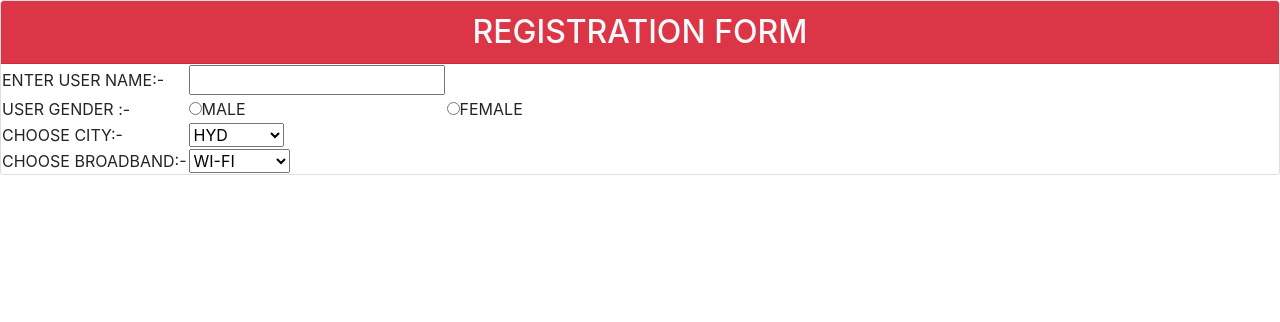
Repository: REDDI-BHARGAV/project
Page: PROJECT/src/main/webapp/src/main/webapp/WEB-INF/form.html
These files come from the project's save history. The page is drawn as it stood at one moment and after the next save; the edit follows.
The browser window is 1280 px wide. The pictures show the whole page.

Above is the page before, as saved 2022-07-26 07:08:40.

After the next save:
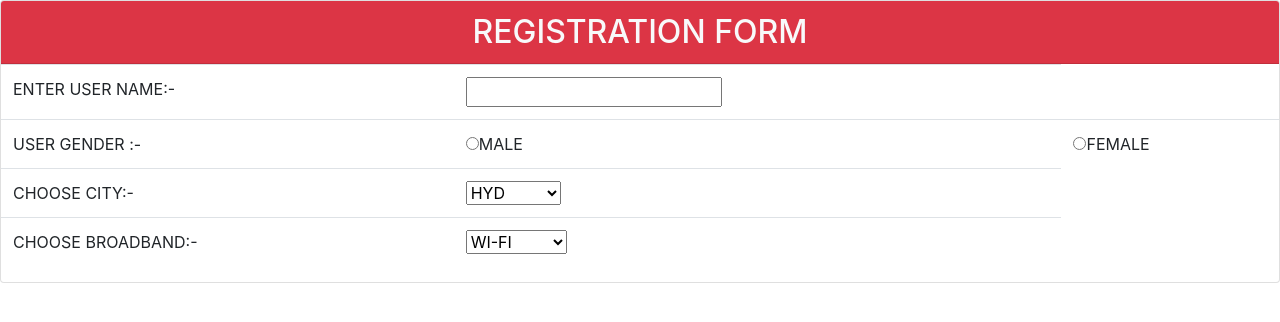
Saved 47 s later.
--- a/PROJECT/src/main/webapp/src/main/webapp/WEB-INF/form.html
+++ b/PROJECT/src/main/webapp/src/main/webapp/WEB-INF/form.html
@@ -11,7 +11,7 @@
 <body class = "cotainer-fluid">
 	<div class ="card">
 	<form action="">
-		<table>
+		<table class="table table-hover">
 		<h2 class="card-header text-center bg-danger text-light">REGISTRATION FORM</h2>
 			<tr>
 				<td>ENTER USER NAME:-</td>
